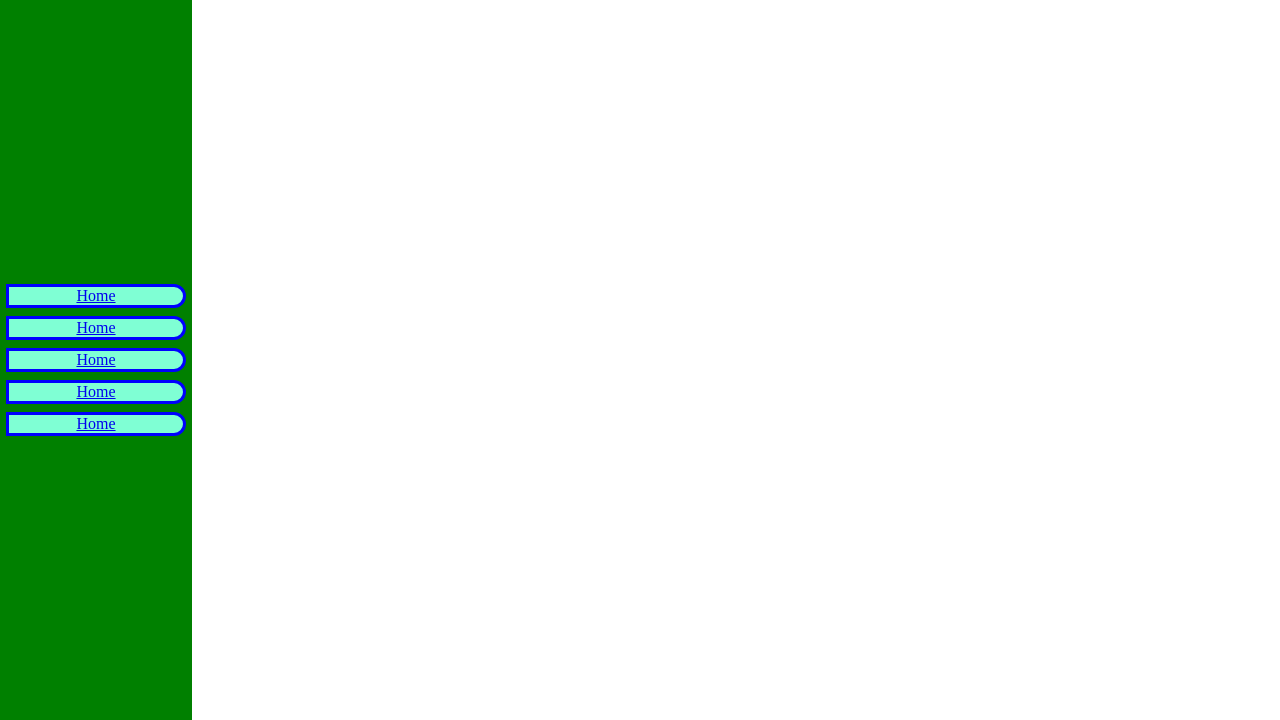
Repository: Tahaa2t/Researchers
Page: /
The author's editor kept a copy of each file at every save. The page is drawn from the files as they stood at one save, then again after the next save.
The browser window is 1280 px wide. The pictures show the whole page.
The project was rebuilt for these pictures with package versions that can differ from the ones it lists, and the page was loaded fresh each time. Also part of the build but not shown: src/Components/loginform.js, src/Components/HomePage.js.

Above is the page before, as saved 2023-07-05 21:06:43.

### src/App.js
import { BrowserRouter, Routes, Route } from "react-router-dom";
import "./App.css"
import LoginForm from "./Components/loginform"
import HomePage from "./Components/HomePage";
import Navbar from "./Components/Navbar";

// color pallet
// #3aa6b9
// #D0E8E1
// #348472


function App() {



  return (
    <div className="App">

      {/* <LoginForm /> */}
      <Navbar />
      {/* <BrowserRouter>
        <Routes>
          <Route path="/" Component={<LoginForm />} />
          <Route path="/home" Component={<HomePage />} />
        </Routes>
      </BrowserRouter> */}
    </div>
  );
}

export default App;

### src/Components/Navbar.js
import React, { useState } from "react";
import { useNavigate } from 'react-router-dom';
import axios from 'axios';
import "./css/navbarstyle.css";

const Navbar = () => {
  return (
    <div className="navbar-boundry">
      <nav className="nav-setting">
        <a className="btn home-btn" href="/#">
          Home
        </a>
        <a className="btn home-btn" href="/#">
          Home
        </a>
        <a className="btn home-btn" href="/#">
          Home
        </a>
        <a className="btn home-btn" href="/#">
          Home
        </a>
        <a className="btn home-btn" href="/#">
          Home
        </a>

      </nav>





    </div>
  )
}

export default Navbar

### src/Components/css/loginstyle.css
@import url('https://fonts.googleapis.com/css?family=Josefin+Sans');


/* notes

---centering something---
display: flex;
  justify-content: center;
  align-items: center;



--- neechay ya uper se qareeb krna ho tou---
.check-btn {
  position: relative;
  bottom: 3em;
}
*/


* {
  margin: 0;
  box-sizing: border-box;
}

.page {
  background-color: #3aa6b9;
  height: 100vh;
  width: 100%;
  display: flex;
  justify-content: space-around;
  align-items: center;
  font-family: 'Josefin Sans', cursive;
}

.cover {
  background-image: linear-gradient(#D0E8E1, rgba(178, 209, 233, 0));
  width: 50%;
  min-width: 240px;
  max-width: 800px;
  height: 620px;
  position: fixed;
  border-radius: 0.5em;
  display: flex;
  flex: 1 1 200;
  flex-direction: column;
  align-items: center;
  justify-content: space-evenly;
  flex-wrap: wrap;
}

h1 {
  color: rgb(3, 45, 77);
  display: flex;
  flex-wrap: wrap;
}

.user-input {

  display: flex;
  /* flex-direction: column; */
  justify-content: space-evenly;
  width: 80%;
  height: 10%;
  flex-wrap: wrap;
  /* background-color: green; */
}
input[type=text]{
  background-color: rgba(0,0,0,0);
  border-color: #348472;
  border-radius: 8px 8px 8px 8px;
  border-width: 10%;
  border-style: solid;
  display: flex;
  justify-content: space-evenly;
  margin: 8px;
  /* outline-color: rgb(6, 106, 183); */
  height: 44px;
  width: 240px;
  /* bottom: -1.5em; */
}


input[type=password]{
  background-color: rgba(0,0,0,0);
  border-color: #348472;
  border-radius: 8px 8px 8px 8px;
  border-width: 10%;
  border-style: solid;
  display: flex;
  justify-content: space-evenly;
  margin: 8px;
  /* outline-color: rgb(6, 106, 183); */
  height: 44px;
  width: 240px;
  /* position: relative;
  top: -1.5em; */
}

input:focus {
  background-color: #348472;
  opacity: 50%;
}

.line{
  text-decoration: underline;
  color: black;
}

.login-btn {
  appearance: none;
  background-color: rgba(0,0,0,0);
  border-width: 0;
  box-sizing: border-box;
  color: black;
  cursor: pointer;
  display: inline-block;
  font-family: Clarkson,Helvetica,sans-serif;
  font-size: 14px;
  font-weight: 500;
  letter-spacing: 0;
  line-height: 1em;
  margin: 0;
  opacity: 1;
  outline: 0;
  padding: 1.5em 2.2em;
  position: relative;
  text-align: center;
  text-decoration: none;
  text-rendering: geometricprecision;
  text-transform: uppercase;
  transition: opacity 300ms cubic-bezier(.694, 0, 0.335, 1),background-color 100ms cubic-bezier(.694, 0, 0.335, 1),color 100ms cubic-bezier(.694, 0, 0.335, 1);
  user-select: none;
  -webkit-user-select: none;
  touch-action: manipulation;
  vertical-align: baseline;
  white-space: nowrap;
  display: flex;
  justify-content: center;
  align-items: center;
}

.login-btn:before {
  animation: opacityFallbackOut .5s step-end forwards;
  backface-visibility: hidden;
  background-color: #348472;
  opacity: 50%;
  clip-path: polygon(-1% 0, 0 0, -25% 100%, -1% 100%);
  content: "";
  height: 100%;
  left: 0;
  position: absolute;
  top: 0;
  transform: translateZ(0);
  transition: clip-path .5s cubic-bezier(.165, 0.84, 0.44, 1), -webkit-clip-path .5s cubic-bezier(.165, 0.84, 0.44, 1);
  width: 100%;
}

.login-btn:hover:before {
  animation: opacityFallbackIn 0s step-start forwards;
  clip-path: polygon(0 0, 101% 0, 101% 101%, 0 101%);
}

.login-btn:after {
  background-color: #FFFFFF;
}

.login-btn span {
  z-index: 1;
  position: relative;
}


.check-btn input {
  display:inline-block;
  margin-right:10px;
}
.check-btn p {
  display:inline-block;
}



/* use state */
.hide {
  display: none;
}

.login-popup {
  position: absolute;
  width: 40em;
  height: 35em;
  display: flex;
  flex-direction: column;
  align-items: center;
  justify-content: center;
  border-radius: 0.25em;
  outline-color: rgb(3, 58, 101);
  background-color: rgba(0,0,0,0);
  backdrop-filter: blur(5px);
  /* color: rgb(3, 58, 101); */
  bottom: 0;
  transform: scale(1);
  transform: 1.5s;
}

### src/Components/css/navbarstyle.css
* {
  margin: 0;
  box-sizing: border-box;
}

nav {
  width: 15%;
  height: 100%;
  background-color: green;
  display: flex;
  justify-content: center;
  align-items: center;
  flex-direction: column;
  position: fixed;
}
.btn {
  background-color: aquamarine;
  width: 94%;
  height: auto;
  text-align: center;
  border-radius: 0px 20px 20px 0px;
  border: 3px solid blue;
  /* height: 10px; */
  margin: 4px;
  display: inline-block;
  /* flex: 1; */
  justify-content: center;
}

/* .btn button {
  background-color: blue;
  border: none;
  border-radius: 8px;
  color: white;
  padding: 20% 20%;
  text-align: center;
  text-decoration: none;
  font-weight: 500;
  display: inline-block;
  font-size: 16px;
  justify-content: space-evenly;
  margin: 2px;

} */

Loaded but not shown: public/index.html (common file); src/index.js (common file); src/reportWebVitals.js (common file); src/App.css (common file)

After the next save:
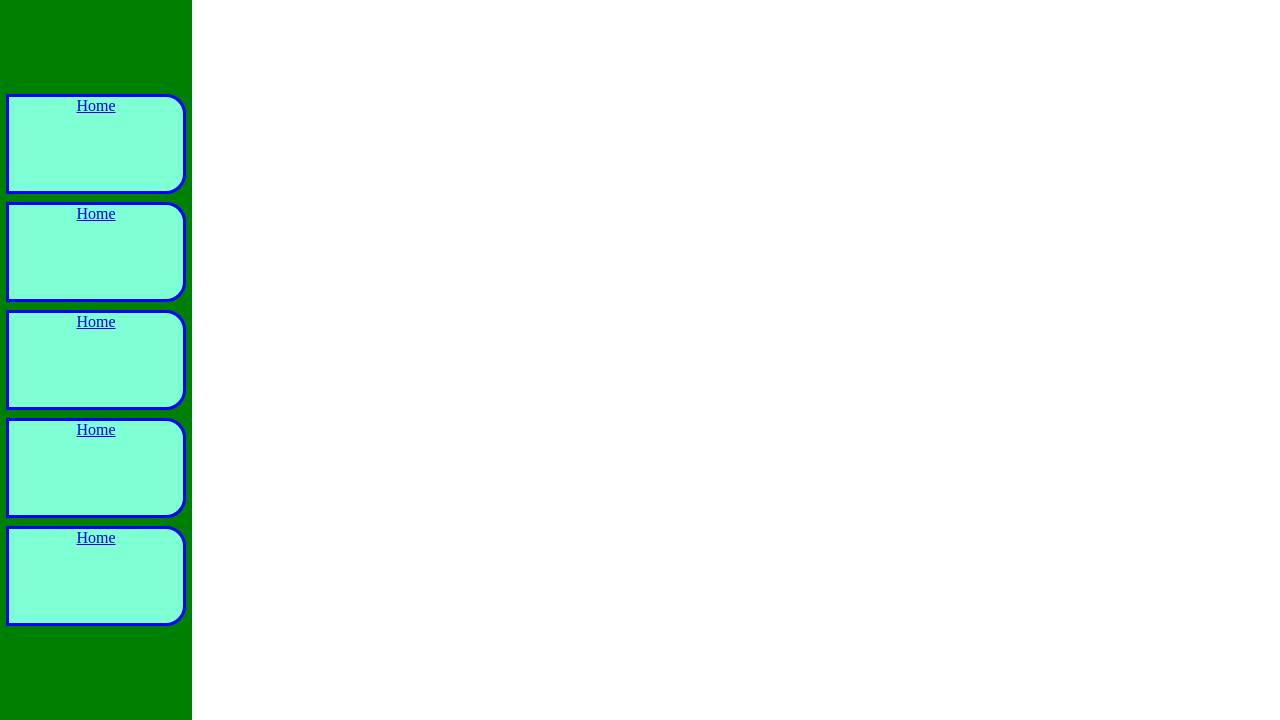
Saved 6 s later.
--- a/src/Components/css/navbarstyle.css
+++ b/src/Components/css/navbarstyle.css
@@ -16,7 +16,7 @@ nav {
 .btn {
   background-color: aquamarine;
   width: 94%;
-  height: auto;
+  height: 100px;
   text-align: center;
   border-radius: 0px 20px 20px 0px;
   border: 3px solid blue;
